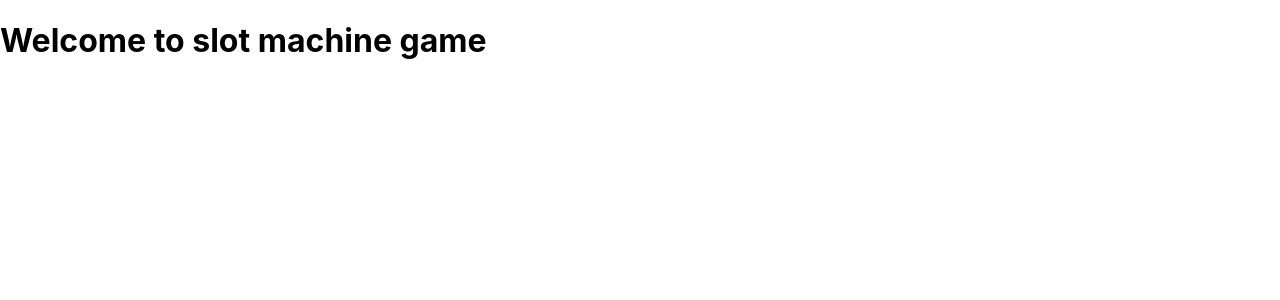
Repository: duggallakshya/slotMachineReact
Page: /
These files come from the project's save history. The page is drawn as it stood at one moment and after the next save; the edit follows.
The browser window is 1280 px wide. The pictures show the whole page.
The project was rebuilt for these pictures with package versions that can differ from the ones it lists, and the page was loaded fresh each time.

Above is the page before, as saved 2022-03-22 21:16:06.

After the next save:
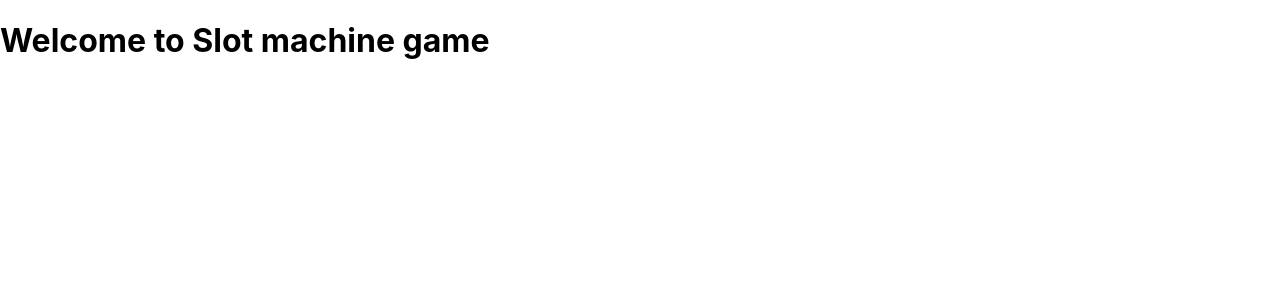
Saved 14 s later.
--- a/src/App.jsx
+++ b/src/App.jsx
@@ -3,7 +3,7 @@ import React from 'react'
 const App = () => {
     return(
         <>
-            <h1> Welcome to slot machine game </h1>
+            <h1> Welcome to Slot machine game </h1>
         </>
     )
 }
